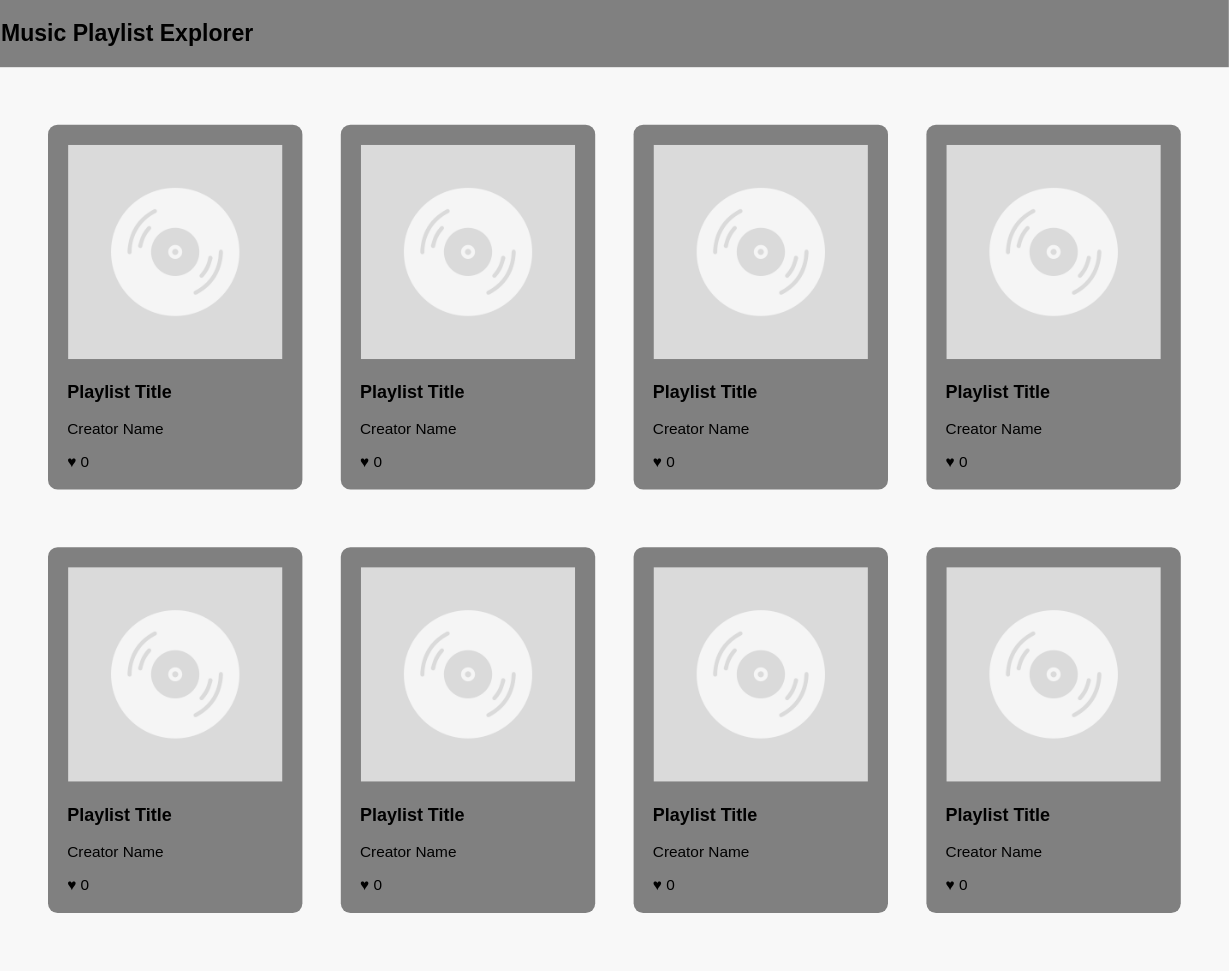
Repository: valentinaarojas/music-player-explorer
Page: index.html
These files come from the project's save history. The page is drawn as it stood at one moment and after the next save; the edit follows.
The browser window is 1280 px wide. The pictures show the whole page, at 96% of full size.

Above is the page before, as saved 2025-02-18 18:45:37.
Console error: SyntaxError: Unexpected token '{'

After the next save:
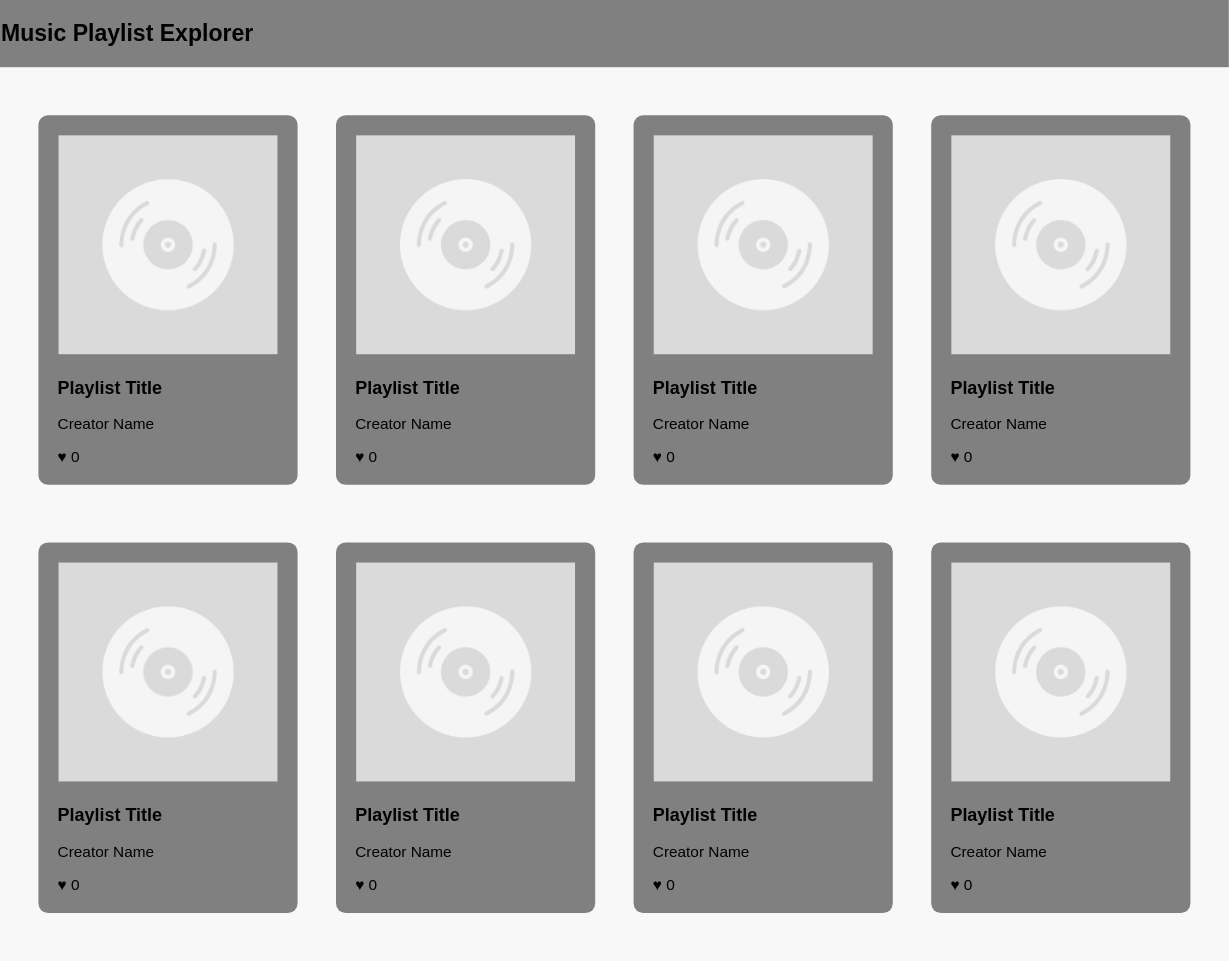
Saved 37 s later.
--- a/style.css
+++ b/style.css
@@ -13,7 +13,7 @@ body {
 .playlist-cards {
     display: grid;
     grid-template-columns: repeat(4, 1fr);
-    padding: 30px;
+    padding: 20px;
 }
 
 .playlist-card {
